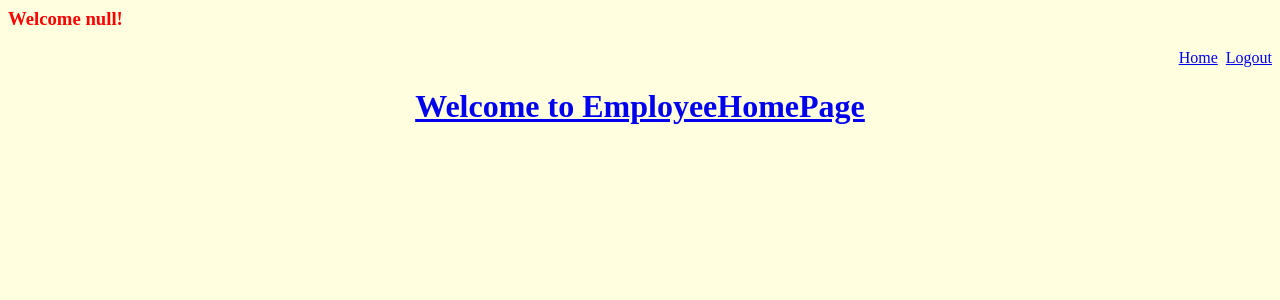
Repository: rajeshyadav3/Advjava
Page: http://localhost/EmpWebApp/EmpHomePage
An editor plug-in stored every save of this project. The page is shown before and after the next save, followed by the edit.
The browser window is 1280 px wide. The pictures show the whole page.
The page is served by Tomcat 9. The session is filled in as if someone had signed in: {"emailId": "test@example.com"}.

Above is the page before, as saved 2024-01-08 09:18:03.

After the next save:
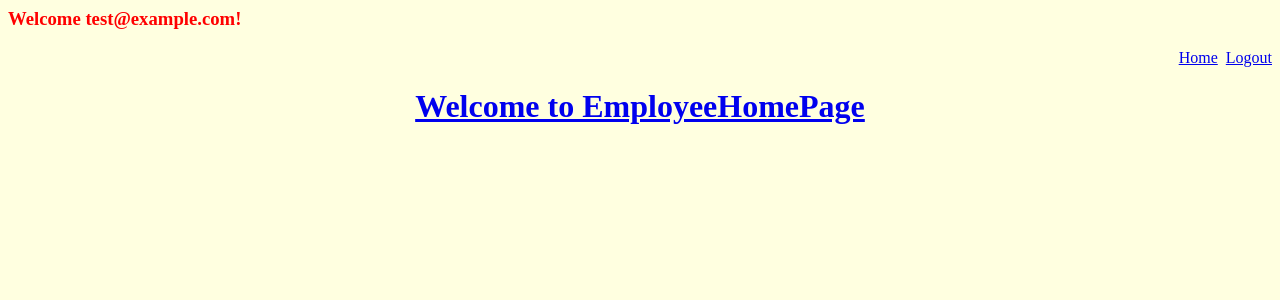
Saved 105 s later.
--- a/workspace2/EmpWebApp/src/com/web/EmpHomePage.java
+++ b/workspace2/EmpWebApp/src/com/web/EmpHomePage.java
@@ -8,6 +8,7 @@ import javax.servlet.annotation.WebServlet;
 import javax.servlet.http.HttpServlet;
 import javax.servlet.http.HttpServletRequest;
 import javax.servlet.http.HttpServletResponse;
+import javax.servlet.http.HttpSession;
 
 
 @WebServlet("/EmpHomePage")
@@ -18,7 +19,9 @@ public class EmpHomePage extends HttpServlet {
 		response.setContentType("text/html");
 		PrintWriter out = response.getWriter();
 
-		String emailId = request.getParameter("emailId");
+		//String emailId = request.getParameter("emailId");
+		HttpSession session = request.getSession(false);
+		String emailId = (String) session.getAttribute("emailId");
 
 		out.println("<body bgcolor='lightyellow' text='green'>");
 
